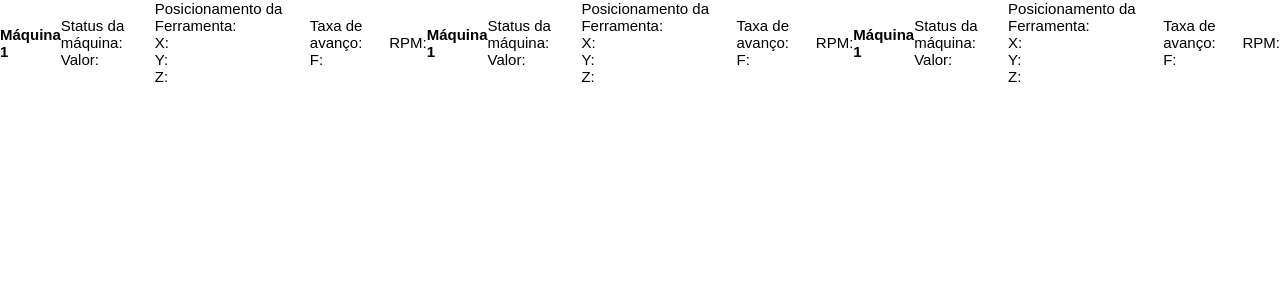
Repository: Murilo-Herrick/Dados-Faculdade
Page: Faculdade - SENAI/1º Semestre/Projeto Integrador/Desenvolvimento/WEB/Monitoramento_CNC_V0.2/TelaPrincipal.html
These files come from the project's save history. The page is drawn as it stood at one moment and after the next save; the edit follows.
The browser window is 1280 px wide. The pictures show the whole page.

Above is the page before, as saved 2024-05-17 00:57:26.

### Faculdade - SENAI/1º Semestre/Projeto Integrador/Desenvolvimento/WEB/Monitoramento_CNC_V0.2/TelaPrincipal.html
<!DOCTYPE html>
<html lang="pt_">
<head>
    <meta charset="UTF-8">
    <meta name="viewport" content="width=device-width, initial-scale=1.0">
    <title>Máquina CNC</title>
    <link rel="stylesheet" href="css/TelaPrincipal.css">
</head>
<body>
    <h1>Máquina 1</h1>
    <div id="statusMaquina">
        <label for="status" id="tituloStatus">Status da máquina: </label>
        <p id="valorDoStatus">Valor: </p>
    </div>
    <div id="posicionamentoFerramenta">
        <label for="posicionamento">Posicionamento da Ferramenta: </label>
        <p id="eixo_X">X: </p>
        <p id="eixo_Y">Y: </p>
        <p id="eixo_Z">Z: </p>
    </div>
    <div id="taxaDeAvanco">
        <label for="taxaAvanco">Taxa de avanço: </label>
        <p id="valorAvanco">F: </p>
    </div>
    <div id="rpmMaquina">
        <label for="rpm">RPM: </label>
        <p id="valorRPM"> </p>
    </div>
    <script src="js/TelaPrincipal.js"></script>
</body>
</html>
<!DOCTYPE html>
<html lang="pt_">
<head>
    <meta charset="UTF-8">
    <meta name="viewport" content="width=device-width, initial-scale=1.0">
    <title>Máquina CNC</title>
    <link rel="stylesheet" href="css/TelaPrincipal.css">
</head>
<body>
    <h1>Máquina 1</h1>
    <div id="statusMaquina">
        <label for="status" id="">Status da máquina: </label>
        <p id="valorDoStatus">Valor: </p>
    </div>
    <div id="posicionamentoFerramenta">
        <label for="posicionamento">Posicionamento da Ferramenta: </label>
        <p id="eixo_X">X: </p>
        <p id="eixo_Y">Y: </p>
        <p id="eixo_Z">Z: </p>
    </div>
    <div id="taxaDeAvanco">
        <label for="taxaAvanco">Taxa de avanço: </label>
        <p id="valorAvanco">F: </p>
    </div>
    <div id="rpmMaquina">
        <label for="rpm">RPM: </label>
        <p id="valorRPM"> </p>
    </div>
    <script src="js/TelaPrincipal.js"></script>
</body>
</html>
<!DOCTYPE html>
<html lang="pt_">
<head>
    <meta charset="UTF-8">
    <meta name="viewport" content="width=device-width, initial-scale=1.0">
    <title>Máquina CNC</title>
    <link rel="stylesheet" href="css/TelaPrincipal.css">
</head>
<body>
    <h1>Máquina 1</h1>
    <div id="statusMaquina">
        <label for="status">Status da máquina: </label>
        <p id="valorDoStatus">Valor: </p>
    </div>
    <div id="posicionamentoFerramenta">
        <label for="posicionamento">Posicionamento da Ferramenta: </label>
        <p id="eixo_X">X: </p>
        <p id="eixo_Y">Y: </p>
        <p id="eixo_Z">Z: </p>
    </div>
    <div id="taxaDeAvanco">
        <label for="taxaAvanco">Taxa de avanço: </label>
        <p id="valorAvanco">F: </p>
    </div>
    <div id="rpmMaquina">
        <label for="rpm">RPM: </label>
        <p id="valorRPM"> </p>
    </div>
    <script></script>
</body>
</html>

### Faculdade - SENAI/1º Semestre/Projeto Integrador/Desenvolvimento/WEB/Monitoramento_CNC_V0.2/css/TelaPrincipal.css
* {
    margin: 0;
    padding: 0;
    font-family: Arial, Helvetica, sans-serif;
    font-size: 15px;
    box-sizing: border-box;
}

body {
    display: flex;
    justify-content: center;
    align-items: center;
    min
}

Loaded but not shown: Faculdade - SENAI/1º Semestre/Projeto Integrador/Desenvolvimento/WEB/Monitoramento_CNC_V0.2/js/TelaPrincipal.js (no copy from this time; the picture is the same without it)

After the next save:
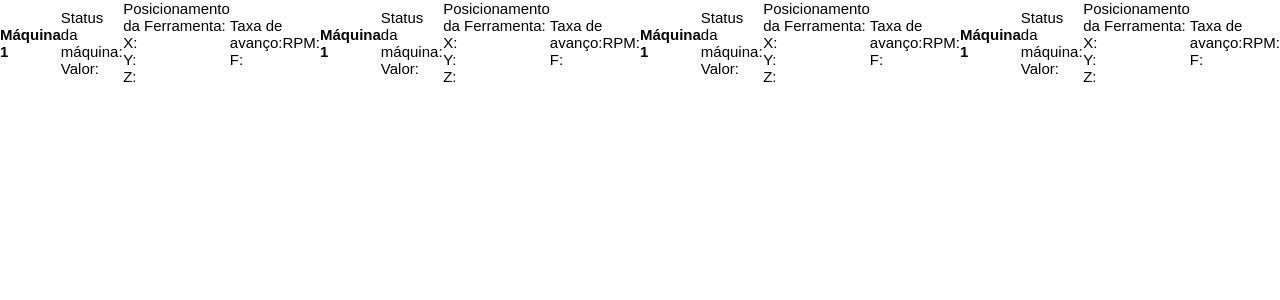
Saved 6 min 54 s later.
--- a/Faculdade - SENAI/1º Semestre/Projeto Integrador/Desenvolvimento/WEB/Monitoramento_CNC_V0.2/TelaPrincipal.html
+++ b/Faculdade - SENAI/1º Semestre/Projeto Integrador/Desenvolvimento/WEB/Monitoramento_CNC_V0.2/TelaPrincipal.html
@@ -1,3 +1,34 @@
+<!DOCTYPE html>
+<html lang="pt_">
+<head>
+    <meta charset="UTF-8">
+    <meta name="viewport" content="width=device-width, initial-scale=1.0">
+    <title>Máquina CNC</title>
+    <link rel="stylesheet" href="css/TelaPrincipal.css">
+</head>
+<body>
+    <h1>Máquina 1</h1>
+    <div id="statusMaquina">
+        <label for="status" id="tituloStatus">Status da máquina: </label>
+        <p id="valorDoStatus">Valor: </p>
+    </div>
+    <div id="posicionamentoFerramenta">
+        <label for="posicionamento" id="titulo">Posicionamento da Ferramenta: </label>
+        <p id="eixo_X">X: </p>
+        <p id="eixo_Y">Y: </p>
+        <p id="eixo_Z">Z: </p>
+    </div>
+    <div id="taxaDeAvanco">
+        <label for="taxaAvanco">Taxa de avanço: </label>
+        <p id="valorAvanco">F: </p>
+    </div>
+    <div id="rpmMaquina">
+        <label for="rpm">RPM: </label>
+        <p id="valorRPM"> </p>
+    </div>
+    <script src="js/TelaPrincipal.js"></script>
+</body>
+</html>
 <!DOCTYPE html>
 <html lang="pt_">
 <head>
